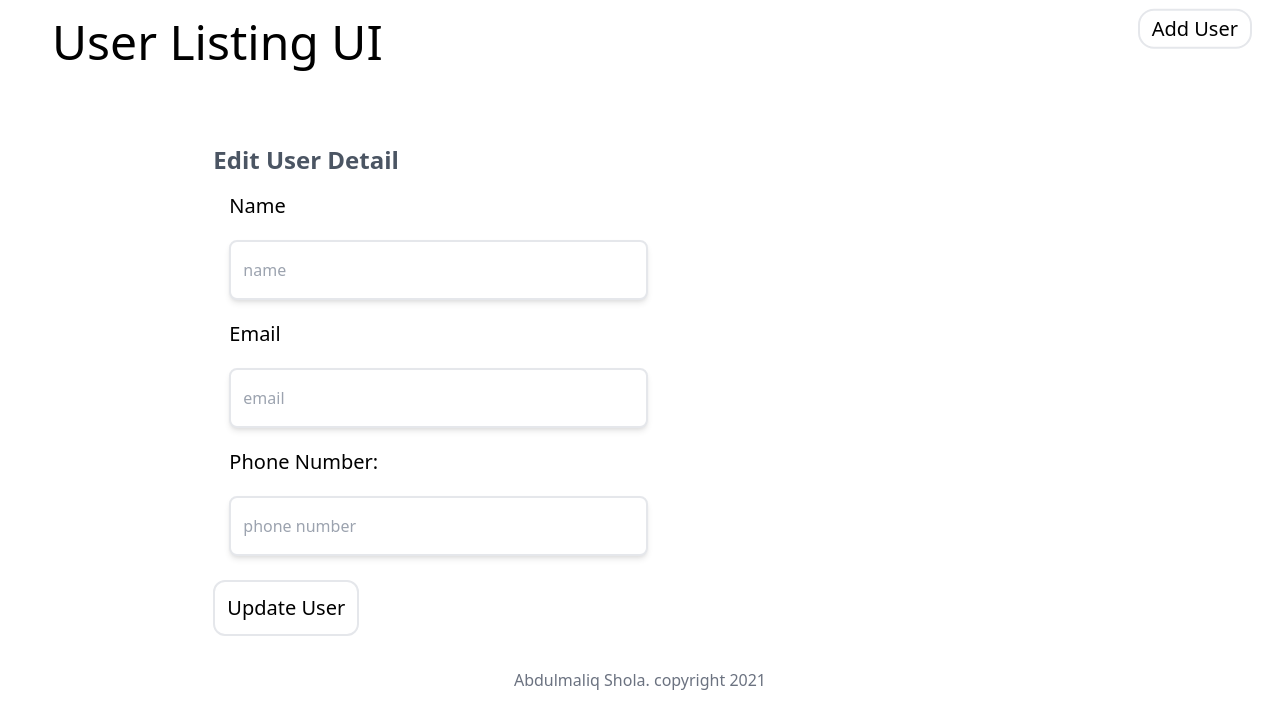
Repository: Marlstergo/listings
Page: /edit (app in client/)
The author's editor kept a copy of each file at every save. The page is drawn from the files as they stood at one save, then again after the next save.
The browser window is 1280 px wide. The pictures show the whole page.
The project was rebuilt for these pictures with package versions that can differ from the ones it lists, and the page was loaded fresh each time. Also part of the build but not shown: client/craco.config.js, client/src/components/userRowhome.js, client/src/components/Home.js, client/src/components/UserRow.jsx, client/src/components/List.js, client/src/components/addUser.js.

Above is the page before, as saved 2021-07-21 18:08:25.

After the next save:
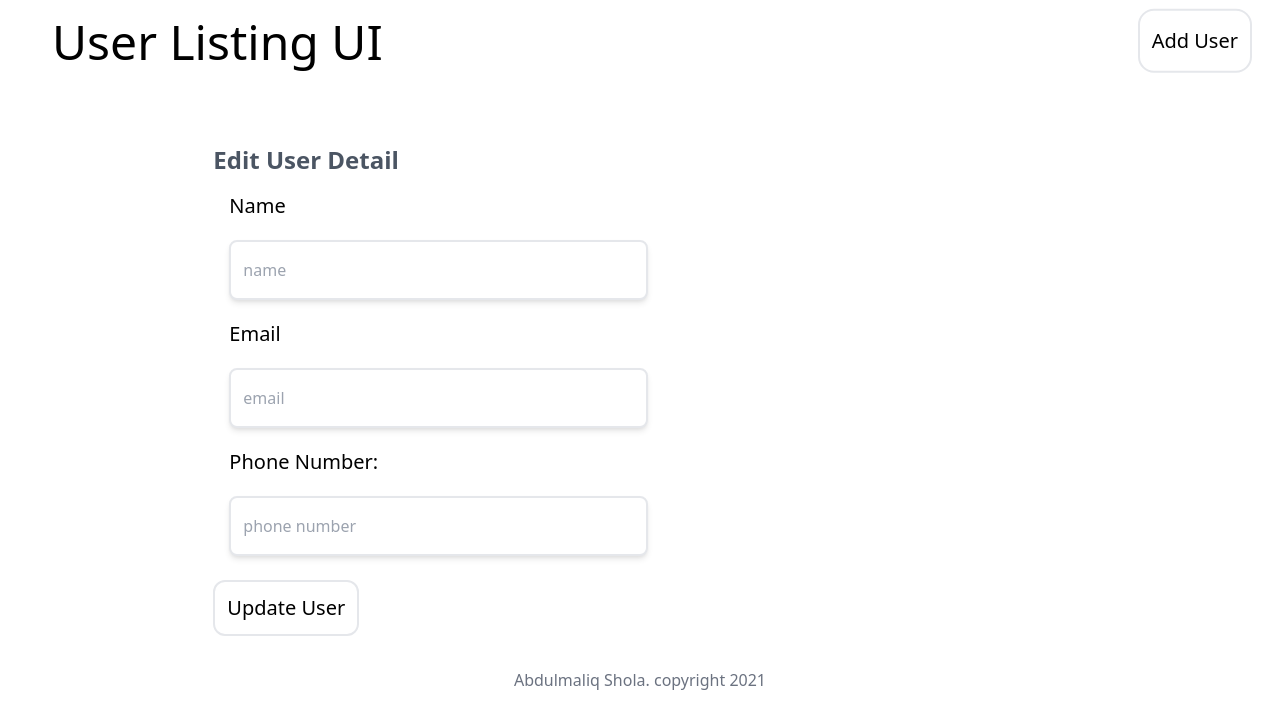
Saved 16 s later.
--- a/client/src/components/Header.js
+++ b/client/src/components/Header.js
@@ -64,7 +64,7 @@ const Header = ({history}) => {
           variants={buttonVariants}
           whileHover="hover"
           animate={`${history.location.pathname === '/adduser'?'':'show'}`}
-          className="text-xl border-2 h-10 px-3 rounded-2xl active:bg-gray-200"
+          className="text-xl border-2 px-3 rounded-2xl active:bg-gray-200"
         >
           <a href="/adduser">Add User</a>
         </motion.button>
